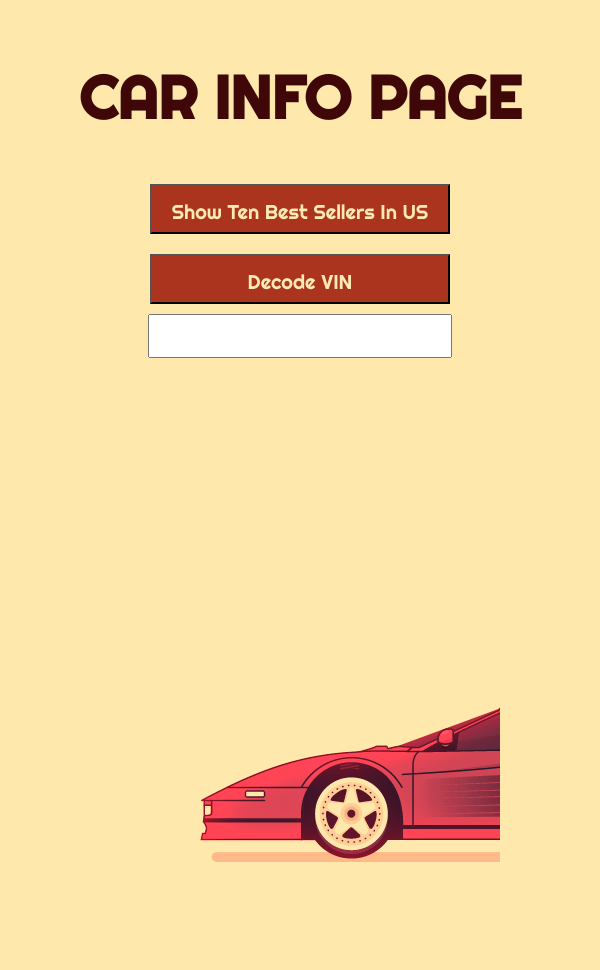
Repository: shadowmare358/vueVinCheck
Page: /
The author's editor kept a copy of each file at every save. The page is drawn from the files as they stood at one save, then again after the next save.
The browser window is 600 px wide. The pictures show the whole page.
The project was rebuilt for these pictures with package versions that can differ from the ones it lists, and the page was loaded fresh each time.

Above is the page before, as saved 2019-11-05 11:58:24.

### public/index.html
<!DOCTYPE html>
<html lang="en">
  <head>
    <meta charset="utf-8">
    <meta http-equiv="X-UA-Compatible" content="IE=edge">
    <meta name="viewport" content="width=device-width,initial-scale=1.0">
    <link rel="icon" href="<%= BASE_URL %>favicon.ico">
    <title>vue-carconfig</title>
  </head>
  <body>
    <noscript>
      <strong>We're sorry but vue-carconfig doesn't work properly without JavaScript enabled. Please enable it to continue.</strong>
    </noscript>
    <div id="app"></div>
    <!-- built files will be auto injected -->
  </body>
</html>

### src/App.vue
<template>
  <div id="app">
    <search></search>
     <div id="car"></div>
  </div>

</template>

<script>
import Search from './components/Search.vue'

export default {
  name: 'app',
  components: {
    Search
  }
}

</script>

<style>
#app {
  font-family: 'Avenir', Helvetica, Arial, sans-serif;
  -webkit-font-smoothing: antialiased;
  -moz-osx-font-smoothing: grayscale;
  text-align: center;
  color:rgb(63, 7, 7);
  margin-top: 60px;
  background-size: cover;

}
body{
margin: 0;
padding: 0;
overflow: hidden;
background-color: #FFE8AC;
}
#car{
  position: absolute;
  top: 90%;
  left: 50%;
  transform:translate(-50%,-50%);
  width: 800px;
  height: 600px;
  background-image: url('./img/car.gif');
  z-index: -1;
}
@media (max-width: 700px){
  #car{
    width: 400px;
    height: 500px;
    transform: scale()
  }
}
</style>

### src/components/Search.vue
<template>
  <div class="search">
    <h1>CAR INFO PAGE</h1>
    <nav>
    <button class="btn-one" v-on:click="getPopularCarResults()">Show Ten Best Sellers In US</button>
    <button class="btn-one" v-on:click="getVIN()">Decode VIN</button>
    <input v-model="vin" v-on:keyup.enter="getVIN()">
    </nav>
    <div v-if="!carResults"></div>
    <ul v-if="showCarResults">
        <li v-for="result in carResults" v-bind:key="result.id">{{result.make}} {{result.model}} Number of cars sold: {{result.count}}</li>
    </ul>
<div v-if="showVinResults">
    <p>Year {{vinResults.year ? vinResults.year : "no info"}}</p>
    <p>Brand {{vinResults.make ? vinResults.make : "no info"}}</p>
    <p>Model {{vinResults.model ? vinResults.model : "no info"}}</p>
    <p>Engine {{vinResults.engine ? vinResults.engine : "no info"}}</p>
    <p>Drive train {{vinResults.drivetrain ? vinResults.drivetrain : "no info"}}</p>
    <p>Transmission {{vinResults.transmission ? vinResults.transmission : "no info" }}</p>
    <p>Cylinders {{vinResults.cylinders}}</p>
</div>

  </div>
</template>

<script>
export default {
  name: "search",
  data() {
    return {
      msg: "Search",
      query: "",
      carResults: "",
      imagesResults: [],
      vinResults: [],
      modelInfo: "",
      vin: "",
      showCarResults: false,
      showVinResults: false
    };
  },
  methods: {
    async getPopularCarResults() {
        const marketApiKey = "NuJ2q06UO5TRrFU2QfhteMzvIPRz5sNu"
      await fetch(
        `https://marketcheck-prod.apigee.net/v1/popular/cars?api_key=${marketApiKey}&car_type=new`
      )
        .then(response => response.json())
        .then(myJson => this.carResults = myJson.slice(0,10))
        .catch(err => alert(`Cannot get requested data ${err}`));
        this.showVinResults=false;
        this.showCarResults=true;
    },
    async getImageResults(){
         const cxKey = '001912728085642910227:akqkacx3uim';
         const googleApiKey = 'AIzaSyCAJ2rKXL-X_daAy2dveCO--E5ciLgIK6k';
        const carResult = this.carResults[0];

       await fetch(
        `https://www.googleapis.com/customsearch/v1?q=${carResult}&key=${googleApiKey}&cx=${cxKey}&searchType=image&fileType=jpg&imgSize=small&alt=json`
      )
        .then(response => response.json())
        .then(myJson => this.imagesResults = myJson.items)
        .catch(err => alert(`Cannot get requested data ${err}`));
  },
  async getVIN(){
    if(this.vin != ""){
     await fetch(
        `http://marketcheck-prod.apigee.net/v1/vin/${this.vin}/specs?api_key=NuJ2q06UO5TRrFU2QfhteMzvIPRz5sNu`,{
          method: 'GET',
          host: "marketcheck-prod.apigee.net",
          headers:{
            "Content-type": "application/json",
            "Return-type": "Build"
          }
        }
      )
        .then(response => response.json())
        .then(myJson => JSON.stringify(this.vinResults = myJson))
        .catch(err => alert(`Cannot get requested data ${err}`));
        this.showCarResults=false;
        this.showVinResults=true;
    }else{
      this.vin="Type something!"
    }

  }
}
};
</script>
<style  scoped>
@import url('https://fonts.googleapis.com/css?family=Righteous&display=swap');
*{
    font-family: 'Righteous', sans-serif;
}
.btn-one {

  font-size: 20px;
  font-weight: bold;
  line-height: 50px;
    height: 50px;
    text-align: center;
    width: 300px;
    font-weight: 100;
    outline: darkred;
    cursor: pointer;
    color: #FFE8AC;;
    transition: all 0.3s;
    position: relative;
    margin: 10px;
    background-color: rgb(161, 29, 6);
}
.btn-one span {
    transition: all 0.3s;
}
.btn-one::before {
    content: '';
    position: absolute;
    bottom: 0;
    left: 0;
    width: 100%;
    height: 100%;
    z-index: 1;
    opacity: 0;
    transition: all 0.3s;
    border-top-width: 1px;
    border-bottom-width: 1px;
    border-top-style: solid;
    border-bottom-style: solid;
    border-top-color: rgba(255,255,255,0.5);
    border-bottom-color: rgba(255,255,255,0.5);
    transform: scale(0.1, 1);
}
.btn-one:hover span {
    letter-spacing: 2px;
}
.btn-one:hover::before {
    opacity: 1;
    transform: scale(1, 1);
}
.btn-one::after {
    content: '';
    position: absolute;
    bottom: 0;
    left: 0;
    width: 100%;
    height: 100%;
    z-index: 1;
    transition: all 0.3s;
    background-color: rgba(255,255,255,0.1);
}
.btn-one:hover::after {
    opacity: 0;
    transform: scale(0.1, 1);
}
p{
  margin: 10px;
  font-weight: bold;
  font-size: 24px;
}
li{
  margin: 10px;
  font-weight: bold;
  font-size: 24px;
  list-style:none;
}
li:nth-child(1){
  font-size: 30px;
  color:rgb(63, 7, 7);
  text-decoration: underline;
}
li:nth-child(2){
  font-size: 28px;
}
li:nth-child(3){
  font-size: 28px;
}
h1{
  font-size: 60px;
}
input{
  margin: 0;
  padding: 0;
  width: 300px;
  height: 40px;
  line-height: 1rem;
  font-size: 25px;
  text-align: center;
  font-weight: bold;
  outline:rgb(63, 7, 7);
}
</style>

Loaded but not shown: src/main.js (common file)

After the next save:
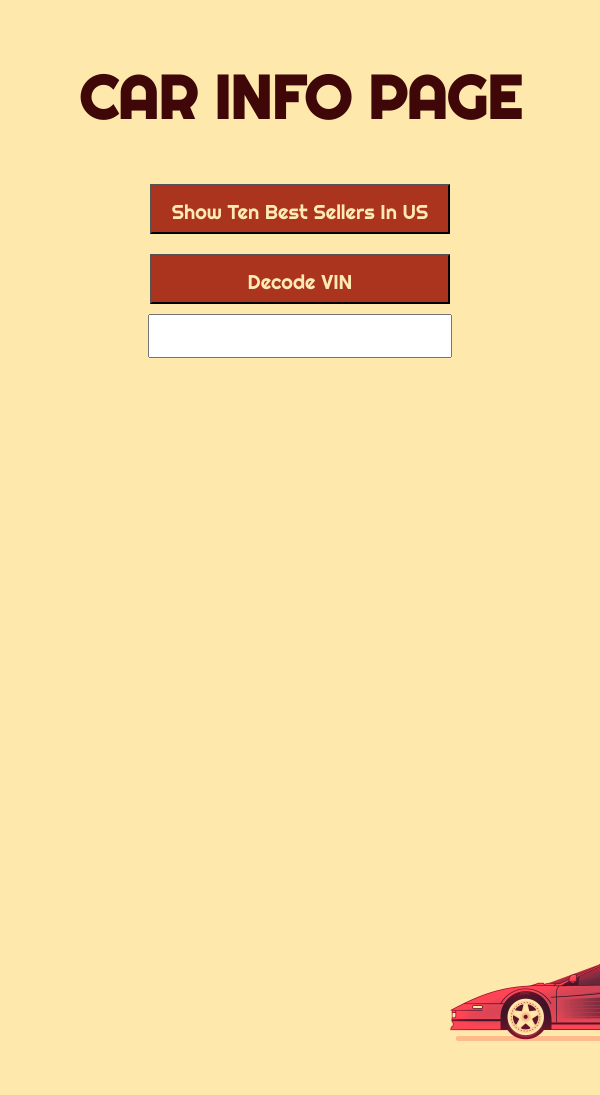
Saved 6 s later.
--- a/src/App.vue
+++ b/src/App.vue
@@ -49,7 +49,7 @@
   #car{
     width: 400px;
     height: 500px;
-    transform: scale()
+    transform: scale(0.5)
   }
 }
 </style>
